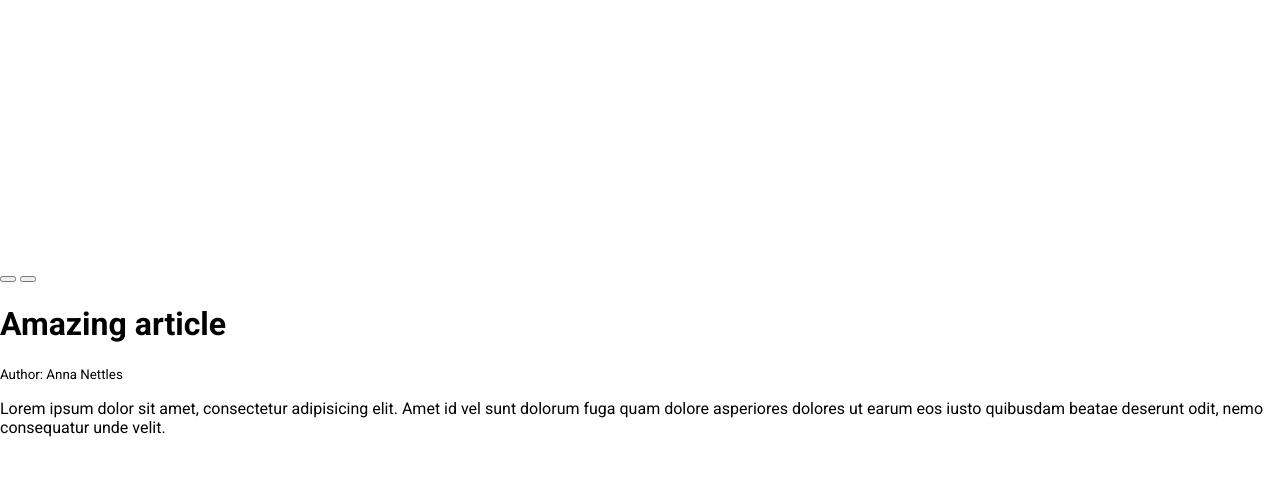
Repository: thecoachanna/rotating-navbar
Page: index.html
These files come from the project's save history. The page is drawn as it stood at one moment and after the next save; the edit follows.
The browser window is 1280 px wide. The pictures show the whole page.
Some web fonts or font styles are not loaded; a fallback is used.

Above is the page before, as saved 2023-02-16 08:46:29.

After the next save:
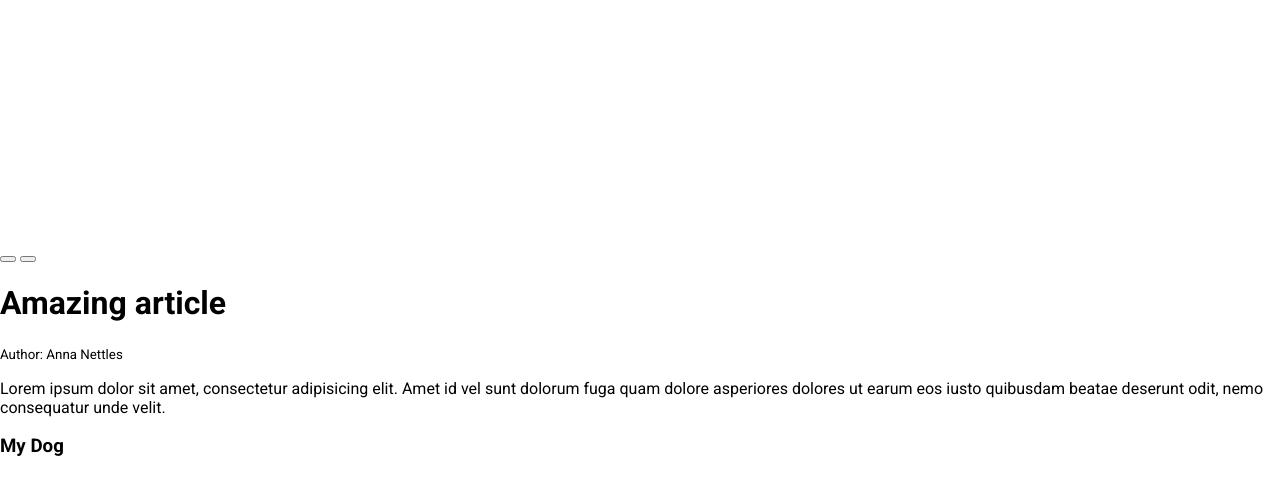
Saved 4 s later.
--- a/index.html
+++ b/index.html
@@ -24,7 +24,7 @@
             <small>Author: Anna Nettles</small>
             <p>Lorem ipsum dolor sit amet, consectetur adipisicing elit. Amet id vel sunt dolorum fuga quam dolore asperiores dolores ut earum eos iusto quibusdam beatae deserunt odit, nemo consequatur unde velit.</p>
 
-            <h3></h3>
+            <h3>My Dog</h3>
         </div>
     </div>
     <script src="script.js"></script>
